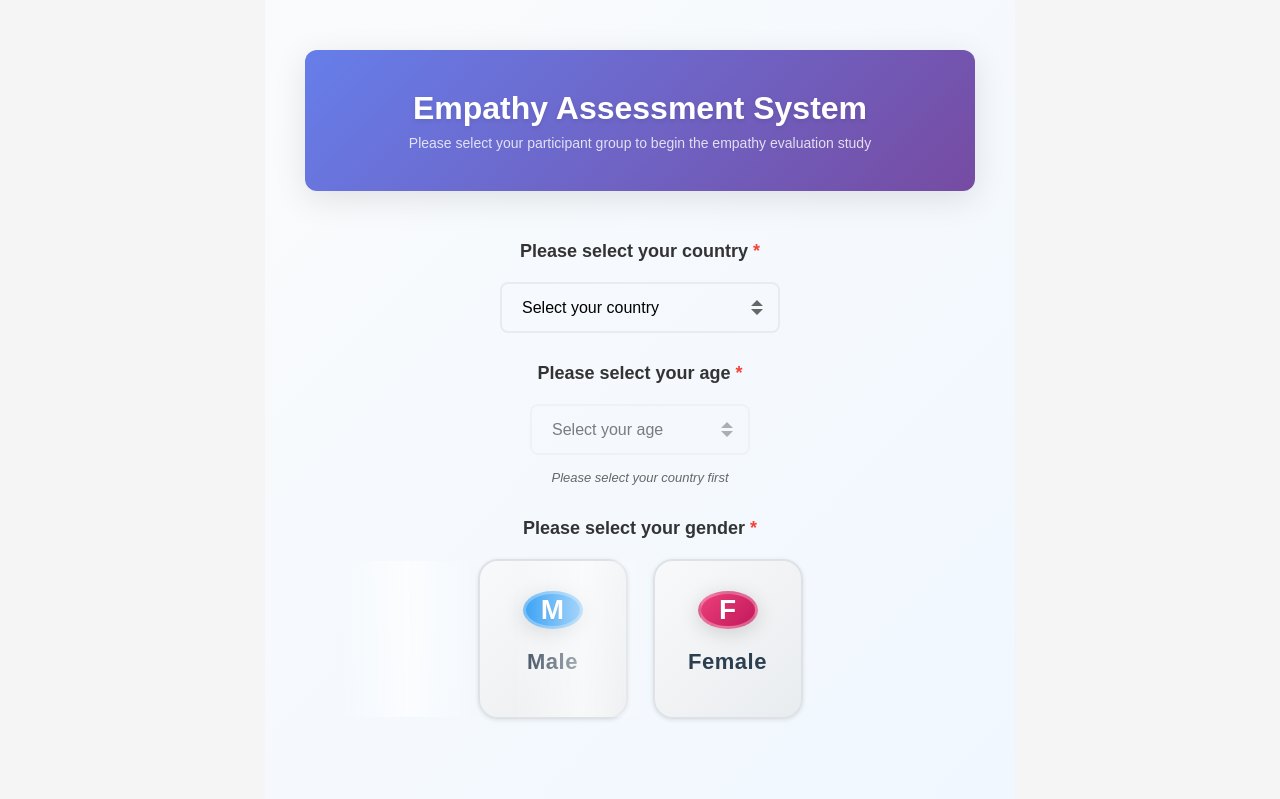
Repository: Matsuyou-Wang/MPES-system
Page: gender-selection.html
These files come from the project's save history. The page is drawn as it stood at one moment and after the next save; the edit follows.
The browser window is 1280 px wide. The pictures show the whole page.

Above is the page before, as saved 2025-11-25 12:32:39.

After the next save:
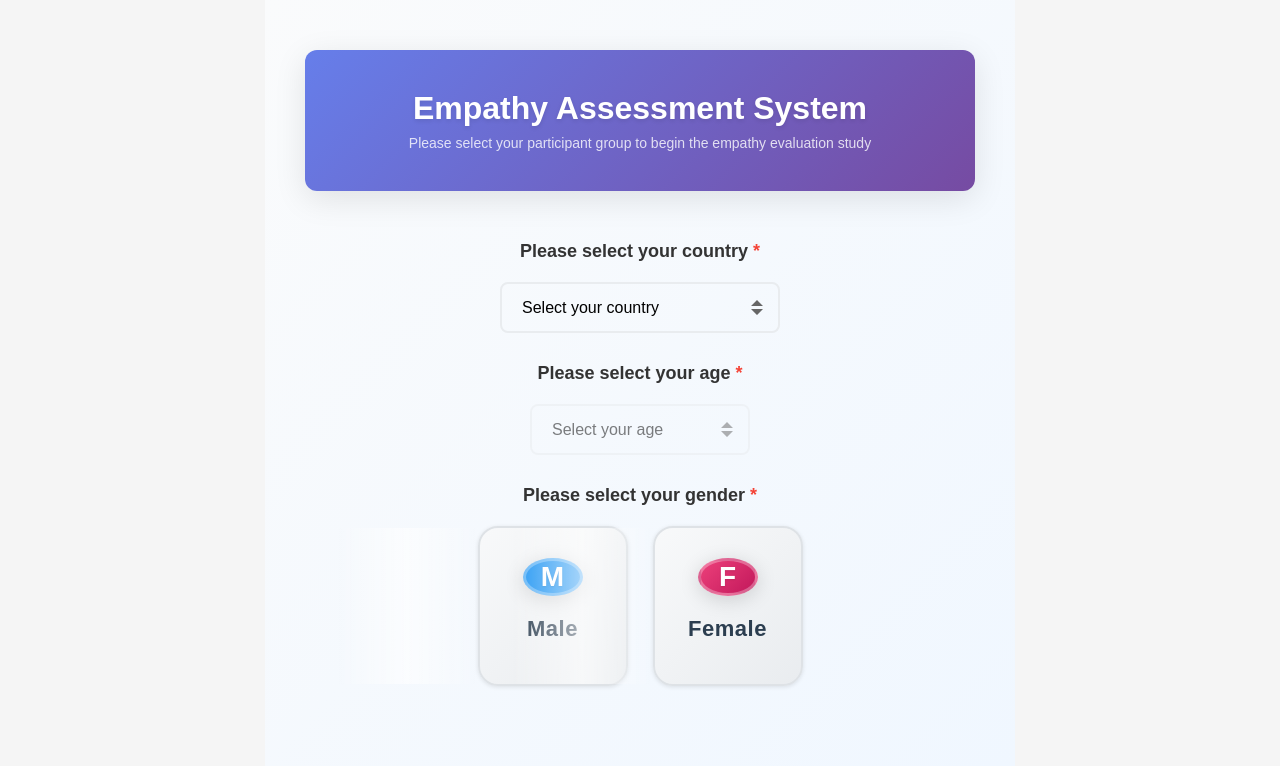
Saved 19 s later.
--- a/gender-selection.html
+++ b/gender-selection.html
@@ -544,7 +544,7 @@
                     <option value="other">Other</option>
                 </select>
             </div>
-            <div class="selection-hint" id="ageHint">Please select your country first</div>
+            <div class="selection-hint" id="ageHint" style="display: none;"></div>
         </div>
 
         <div class="selection-section">
@@ -627,7 +627,7 @@
 
                 // 禁用年龄选择
                 ageOptions.classList.remove('enabled');
-                ageHint.textContent = 'Please select your country first';
+                ageHint.textContent = '';
                 ageHint.style.color = '#666';
 
                 // 重置年龄和性别选择
@@ -657,7 +657,7 @@
 
                 // 禁用性别选择
                 genderOptions.classList.remove('enabled');
-                genderHint.textContent = 'Please select your country and age first';
+                genderHint.textContent = '';
                 genderHint.style.color = '#666';
 
                 // 清除性别选择
